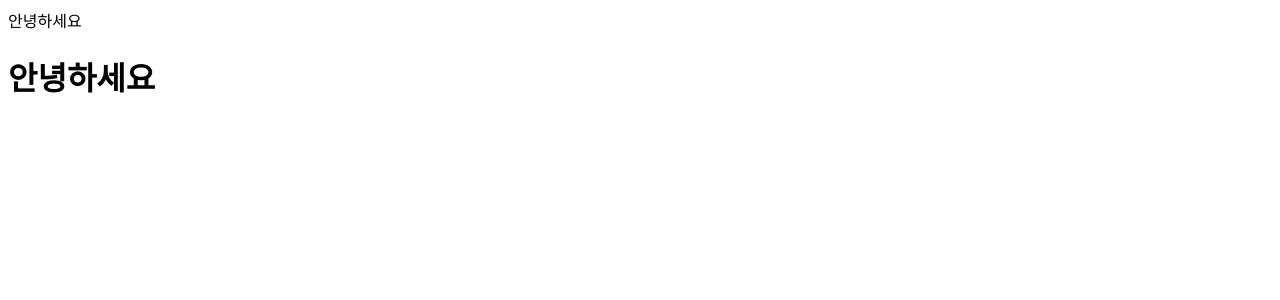
Repository: H-hyeonje/jsp
Page: http://localhost/test3/test1.jsp
These files come from the project's save history. The page is drawn as it stood at one moment and after the next save; the edit follows.
The browser window is 1280 px wide. The pictures show the whole page.
The page is served by Tomcat 9.

Above is the page before, as saved 2024-10-07 03:39:47.

### test3/src/main/webapp/test1.jsp
<%@ page language="java" contentType="text/html; charset=UTF-8"
    pageEncoding="UTF-8"%>
<!DOCTYPE html>
<html>
<head>
<meta charset="UTF-8">
<title>Insert title here</title>
</head>
<body>
	안녕하세요
	<h1>안녕하세요</h1>
</body>
</html>

After the next save:
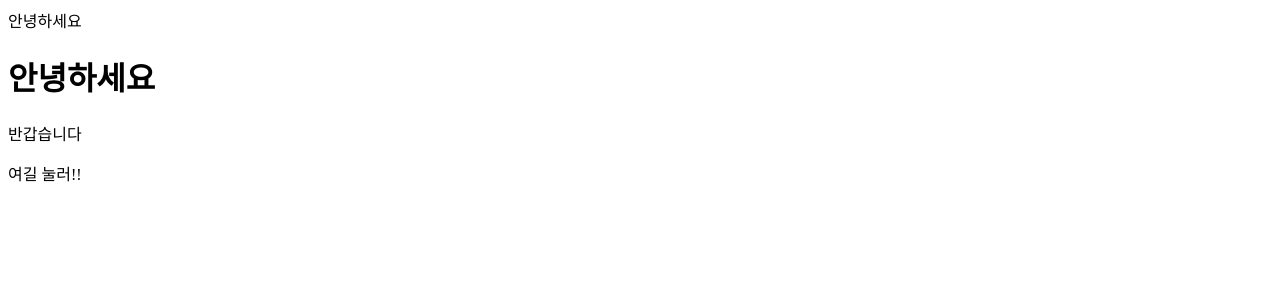
Saved 83 min 2 s later.
--- a/test3/src/main/webapp/test1.jsp
+++ b/test3/src/main/webapp/test1.jsp
@@ -9,5 +9,7 @@
 <body>
 	안녕하세요
 	<h1>안녕하세요</h1>
+	<p>반갑습니다</p>
+	<a harf="https://www.naver.com">여길 눌러!!</a>
 </body>
 </html>
